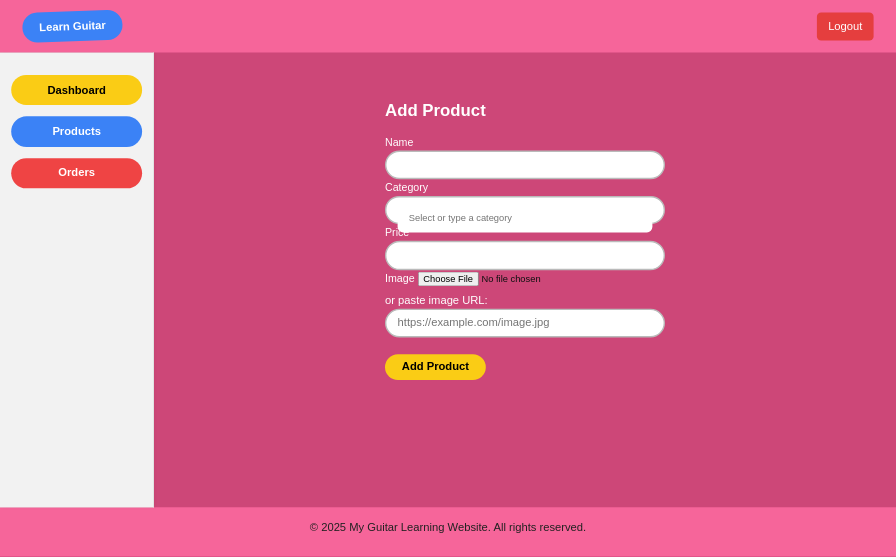
Repository: rywkoo/LearnGuitar
Page: templates/admin/addproduct.html
The author's editor kept a copy of each file at every save. The page is drawn from the files as they stood at one save, then again after the next save.
The browser window is 1280 px wide. The pictures show the part of the page from y = 0 to 1920 px (the page is 795 px tall before and 3492 px after), at 70% of full size.
The page is served by the project's application, run on Flask 3 (app.py). Other server files are loaded and not shown. The template is opened directly, without the code that normally fills it, so the values that code supplies are empty.

Above is the page before, as saved 2025-08-25 22:42:21.

### templates/admin/addproduct.html
{% extends "admin/admin_master.html" %}

{% block main_content %}


<style>
.custom-dropdown {
  position: relative;
  width: 100%;
  height: 40px;
}

.custom-dropdown input {
  width: 100%;
  height: 40px;
  padding: 1rem 1rem;
  border-radius: 8px;
  border: 1px solid #ccc;
}

.dropdown-list {
  position: absolute;
  top: 100%;
  left: 0;
  right: 0;
  background: #fff;
  max-height: 150px;
  overflow-y: auto;
  border: 1px solid #ccc;
  border-radius: 8px;
  display: none;
  margin-top: 2px;
  z-index: 10;
}

.dropdown-list li {
  padding: 0.5rem;
  cursor: pointer;
}

.dropdown-list li:hover {
  background: #f0f0f0;
}

.dropdown-list li.other {
  font-style: italic;
  color: #555;
}
</style>


<div style="width: 400px; margin: 2rem auto;">
    <h2 style="color: white; margin-bottom: 1rem;">Add Product</h2>

    <form id="addProductForm" method="POST" enctype="multipart/form-data">
        <!-- Name -->
        <div class="mb-3">
            <label style="color: white;">Name</label>
            <input class="input" type="text" name="name" required>
        </div>

        <!-- Category -->
        <div class="mb-3">
            <label style="color: white;">Category</label>
            <div class="custom-dropdown input">
                <input
                    type="text"
                    id="categoryInput"
                    name="category"
                    placeholder="Select or type a category"
                    autocomplete="off"
                    value="{{ product['category'] if product else '' }}"
                    required
                    style="
                        background-color: white;
                        color: black;
                        border: none;
                        outline: none;
                        box-shadow: none;
                    "
                >

                <ul class="dropdown-list" id="categoryList">
                    {% for cat in categories %}
                        <li>{{ cat }}</li>
                    {% endfor %}
                    <li class="other">Other...</li>
                </ul>
            </div>
        </div>


        <!-- Price -->
        <div class="mb-3">
            <label style="color: white;">Price</label>
            <input class="input" type="number" name="price" required>
        </div>

        <!-- Image -->
        <div class="mb-3">
            <label style="color: white;">Image</label>
            <input type="file" name="image_file" accept="image/*" style="margin-bottom: 0.5rem;">
            <br>
            <span style="color: white;">or paste image URL:</span>
            <input class="input" type="text" name="image_url" placeholder="https://example.com/image.jpg">
        </div>

        <!-- Submit -->
    </br>
        <button class="btn btn-primary" type="submit">Add Product</button>
    </form>
</div>

<!-- Success Modal -->
<div id="successModal" style="
    display: none;
    position: fixed;
    inset: 0;
    background: rgba(0,0,0,0.5);
    justify-content: center;
    align-items: center;
    z-index: 999;
">
    <div style="
        background: #fff;
        padding: 2rem;
        border-radius: 12px;
        text-align: center;
        width: 300px;
    ">
        <div style="font-size: 3rem; color: green;">✔️</div>
        <h3>New Product Added!</h3>
    </div>
</div>

<script>
const form = document.getElementById('addProductForm');
const modal = document.getElementById('successModal');

form.addEventListener('submit', function(event) {
    event.preventDefault(); // Prevent default form submission

    const formData = new FormData(form);

    fetch(form.action || window.location.href, {
        method: 'POST',
        body: formData
    })
    .then(res => {
        if (res.ok) {
            // Show modal
            modal.style.display = 'flex';

            // Redirect to product list after 1.5s
            setTimeout(() => {
                window.location.href = "{{ url_for('admin_products') }}";
            }, 1500);
        } else {
            res.text().then(txt => alert('Error adding product: ' + txt));
        }
    })
    .catch(err => {
        console.error(err);
        alert('Error adding product.');
    });
});
</script>

<script>
const input = document.getElementById('categoryInput');
const list = document.getElementById('categoryList');

input.addEventListener('focus', () => {
  list.style.display = 'block';
});

input.addEventListener('input', () => {
  const value = input.value.toLowerCase();
  Array.from(list.children).forEach(li => {
    li.style.display = li.textContent.toLowerCase().includes(value) ? 'block' : 'none';
  });
});

Array.from(list.children).forEach(li => {
  li.addEventListener('click', () => {
    if (li.classList.contains('other')) {
      input.value = '';
      input.focus();
    } else {
      input.value = li.textContent;
    }
    list.style.display = 'none';
  });
});

document.addEventListener('click', e => {
  if (!e.target.closest('.custom-dropdown')) {
    list.style.display = 'none';
  }
});
</script>
{% endblock %}

### templates/admin/admin_master.html
<!DOCTYPE html>
<html lang="en">
<head>
  <meta charset="UTF-8">
  <title>{% block title %}My Flask App{% endblock %}</title>
  {% include "css.html" %}
</head>
<body style="margin:0; font-family: sans-serif;">

  <!-- ===== Navbar ===== -->
  <nav style="padding: 1rem 2rem; display: flex; justify-content: space-between; align-items: center; background: #f6659a; color:white;">
    <a href="/" class="btn btn-secondary btn-lg" style="transform: rotate(-2deg);">Learn Guitar</a>
    <div class="nav-links" style="display: flex; gap:5px;">
      <a href="/logout" style="padding: 0.5rem 1rem; background: #e53e3e; color:white; border-radius: 6px; text-decoration:none;">Logout</a>
    </div>
  </nav>

  <!-- ===== Layout Wrapper ===== -->
  <div style="display: flex; min-height: calc(100vh - 70px);">

    <!-- ===== Sidebar ===== -->
    <aside style="
      width: 220px;
      background: #f2f2f2;
      padding: 2rem 1rem;
      border-right: 1px solid #ddd;
      box-shadow: 2px 0 6px rgba(0,0,0,0.05);
    ">
      <nav style="display: flex; flex-direction: column; gap: 1rem;">
        <a class="btn btn-primary" href="/admin" >Dashboard</a>
        <a class="btn btn-secondary" href="/admin/products" >Products</a>
        <a class="btn btn-danger" href="/admin/orders" >Orders</a>
      </nav>
    </aside>

    <!-- ===== Main Content ===== -->
    <main style="flex: 1; padding: 2rem;">
      {% block main_content %}
      <!-- Page content will go here -->
      {% endblock %}
    </main>

  </div>

  <!-- ===== Footer ===== -->
  <footer style="text-align: center; padding: 1rem 1rem; background: #f6659a; color:white; border-top: 1px solid #f6659a;">
    <p>&copy; 2025 My Guitar Learning Website. All rights reserved.</p>
  </footer>

  {% include "script.html" %}

  <script src="https://unpkg.com/vue@3/dist/vue.global.js"></script>
</body>
</html>

### templates/css.html
<!-- css.html -->
<link rel="stylesheet" href="{{ url_for('static', filename='css/btn.css') }}">
<link rel="stylesheet" href="{{ url_for('static', filename='css/card.css') }}">
<link rel="stylesheet" href="{{ url_for('static', filename='css/input.css') }}">
<link rel="stylesheet" href="{{ url_for('static', filename='css/typography.css') }}">
<link rel="stylesheet" href="{{ url_for('static', filename='css/style.css') }}">
<link rel="stylesheet" href="{{ url_for('static', filename='css/animation.css') }}">
<link rel="stylesheet" href="{{ url_for('static', filename='css/lesson.css') }}">
<link rel="stylesheet" href="{{ url_for('static', filename='css/shop.css') }}">

### templates/script.html
<script src="https://cdn.jsdelivr.net/npm/sweetalert2@11"></script>
<script>
  // ===== Background Slider =====
  (function() {
    const bgSlider = document.querySelector('.hero-left .hero-bg-slider');
    if (!bgSlider) return; // Exit if element doesn't exist

    const images = [
      'https://www.uk-anime.net/images/bocchimain.png',
      'https://www.cnet.com/a/img/resize/3b4b3e192a9d75bd060ba4debe8d13a14caef990/hub/2024/07/06/b6981ace-771d-4971-8a9e-60e8c83bc66e/bocchi-the-rock-photo-1.jpg?auto=webp&fit=crop&height=900&width=1200',
      'https://www.uk-anime.net/images/bocchimain.png',
      'https://www.cnet.com/a/img/resize/3b4b3e192a9d75bd060ba4debe8d13a14caef990/hub/2024/07/06/b6981ace-771d-4971-8a9e-60e8c83bc66e/bocchi-the-rock-photo-1.jpg?auto=webp&fit=crop&height=900&width=1200'
    ];

    let current = 0;

    function changeBackground() {
      bgSlider.style.backgroundImage = `url(${images[current]})`;
      current = (current + 1) % images.length;
    }

    changeBackground();
    setInterval(changeBackground, 5000);
  })();
</script>

<script>
  // ===== Quantity Adjust =====
  function adjustQty(delta) {
    const input = document.getElementById('quantityInput');
    if (!input) return; // Exit if element doesn't exist

    let value = parseInt(input.value);
    if (!isNaN(value)) {
      input.value = Math.max(1, value + delta);
    }
  }
</script>

### app.py
from flask import Flask, render_template, request, redirect, url_for, flash, session, jsonify
from flask_mail import Mail, Message
import json
import requests
from datetime import date
from dotenv import load_dotenv
import os
from reportlab.lib.pagesizes import letter
from reportlab.pdfgen import canvas

app = Flask(__name__)
app.secret_key = "741e4fa4-f067-4aec-b48d-deb18e9cca92"

import route

@app.route("/components")
def components():
    return render_template("component.html")

if __name__ == "__main__":
    app.run(debug=True)

### static/css/btn.css
.btn {
  display: inline-block;
  padding: 0.6rem 1.5rem;
  border-radius: 9999px;  /* fully rounded */
  border: none;
  cursor: pointer;
  font-weight: 600;
  text-decoration: none;
  transition: background 0.2s, box-shadow 0.2s;
  font-size: 1rem;

  /* Add shadow */
/* flat shadow downwards */
}

/* Optional: hover effect (slightly stronger shadow) */
.btn:hover {
  box-shadow: 0 3px 0 #45454576;
}

/* Primary: Yellow bg, black text */
.btn-primary {
  background: #facc15;
  color: #000;
}

/* Secondary: Blue bg, white text */
.btn-secondary {
  background: #3b82f6;
  color: #fff;
}

/* Danger: Red bg, white text */
.btn-danger {
  background: #ef4444;
  color: #fff;
}

### static/css/card.css
/* ===== Base Card Component ===== */
.card {
  border-radius: 16px;       /* rounded corners */
  padding: 1.5rem;
  margin-bottom: 1.5rem;
  transition: box-shadow 0.3s, transform 0.2s;
  color: #111;               /* default text color */
  box-shadow: 0 4px 0 #888888; /* default flat shadow */
}

.card:hover {
  transform: translateY(-2px);
  box-shadow: 0 6px 0 #888888; /* slightly longer shadow on hover */
}

/* ===== Card Variants ===== */

/* Primary - Pink */
.card-pink {
  background: #f6659a;       /* light pink */
  box-shadow: 0 4px 0 #d35c7f;
}
.card-pink:hover {
  box-shadow: 0 6px 0 #af4d6b;
}

/* Secondary - Yellow */
.card-yellow {
  background: #facc15;       /* yellow */
  box-shadow: 0 4px 0 #d4a90f;
}
.card-yellow:hover {
  box-shadow: 0 6px 0 #e0b01a;
}

/* Danger/Accent - Blue */
.card-blue {
  background: #3b82f6;       /* blue */
  color: #fff;               /* white text for contrast */
  box-shadow: 0 4px 0 #2563eb;
}
.card-blue:hover {
  box-shadow: 0 6px 0 #1d4ed8;
}

/* Card header */
.card h2 {
  font-size: 1.25rem;
  margin-bottom: 0.8rem;
}

/* Card paragraph/text */
.card p {
  font-size: 1rem;
}

### static/css/input.css
/* ===== Input Fields ===== */
* {
  margin: 0;
  padding: 0;
  box-sizing: border-box; /* ensures padding is included in width */
}


.input {
  width: 100%;
  padding: 0.6rem 1rem;
  border: 2px solid #bababa;   /* gray border matching shadow */
  border-radius: 9999px;       /* fully rounded, like buttons */
  background: #ffffff;         /* very light pink background */
  font-size: 1rem;
  outline: none;
  transition: border-color 0.2s, box-shadow 0.2s;
  color: #111;                 /* dark text */
}

### static/css/typography.css
/* ===== Global Text Settings ===== */
body {
  font-family: 'Segoe UI', Tahoma, Geneva, Verdana, sans-serif;
  color: #111;       /* dark text for readability */
  line-height: 1.5;
  background: #fffafc; /* subtle light background */
}

/* ===== Headings ===== */
h1 {
  font-size: 2rem;
  font-weight: 700;
  margin-bottom: 1rem;
  color: #111;
}

h2 {
  font-size: 1.5rem;
  font-weight: 600;
  margin-bottom: 0.8rem;
  color: #111;
}

h3 {
  font-size: 1.25rem;
  font-weight: 500;
  margin-bottom: 0.6rem;
  color: #111;
}

/* ===== Paragraphs ===== */
p {
  font-size: 1rem;
  margin-bottom: 0.8rem;
  color: #222;  /* slightly lighter than headings */
}

/* ===== Labels ===== */
label {
  font-size: 0.95rem;
  font-weight: 500;
  color: #111;
}

/* ===== Links ===== */
a {
  text-decoration: none;
  transition: color 0.2s;
}

a:hover {
  text-decoration: none;
}

/* ===== Small Text ===== */
small {
  font-size: 0.85rem;
  color: #ffffff;
}

/* ===== Button Text ===== */
.btn {
  font-family: inherit; /* use same font as body */
  font-weight: 600;
  font-size: 1rem;
  text-align: center;
}

### static/css/style.css
body {
    background-color: #cd4778;
}

### static/css/animation.css

/* Animate background position horizontally */
@keyframes slideBg {
  0% { background-position: 0% center; }
  25% { background-position: 100% center; }
  50% { background-position: 200% center; }
  75% { background-position: 300% center; }
  100% { background-position: 400% center; }
}

### static/css/lesson.css
/* ===== Lesson Cards ===== */
.lesson-card {
  display: flex;
  align-items: center;
  gap: 1rem;
  padding: 1rem 1.5rem;
  border-radius: 16px;
  box-shadow: 0 4px 0 #888888; /* flat shadow downward */
  background: #fff;
  transition: transform 0.2s, box-shadow 0.2s;
}

.lesson-card:hover {
  transform: translateY(-3px);
  box-shadow: 0 6px 0 #666666;
}

/* Lesson image on the left */
.lesson-image img {
  width: 100px;
  height: 100px;
  object-fit: cover;
  border-radius: 8px;
}

/* Title in the middle */
.lesson-title {
  flex: 1;
  font-size: 1.2rem;
  color: #111;
}

/* Button on the right */
.lesson-action .btn {
  padding: 0.5rem 1.2rem;
  font-size: 1rem;
}

/* Optional: responsive for small screens */
@media (max-width: 600px) {
  .lesson-card {
    flex-direction: column;
    align-items: flex-start;
  }
  .lesson-action {
    width: 100%;
    margin-top: 0.5rem;
  }
}

### static/css/shop.css
/* ===== Shop Container ===== */

.hidden-card {
    display: none !important;
}

.shop-container {
  display: flex;
  gap: 2rem;
  padding: 2rem;
  max-width: 1400px;    /* limit width */
  margin: 0 auto;       /* center horizontally */
  box-sizing: border-box;
}

/* ===== Shop Sidebar ===== */
.shop-sidebar {
  width: 400px;
  flex-shrink: 0;
  background: #f5f5f5;
  padding: 1.5rem;
  border-radius: 16px;
  box-shadow: 0 4px 0 #ccc;
  display: flex;
  flex-direction: column;
  gap: 1.5rem;
  position: sticky;
  top: 1rem;
  height: fit-content;
}

/* Sidebar headings */
.shop-sidebar h3 {
  font-size: 1.1rem;
  font-weight: 600;
  color: #111;
  margin-bottom: 0.5rem;
}

/* Inputs inside sidebar */
.shop-sidebar input[type="text"],
.shop-sidebar input[type="checkbox"] {
  margin-bottom: 0.5rem;
}

/* Checkbox labels */
.shop-sidebar label {
  display: flex;
  align-items: center;
  gap: 0.5rem;
  font-size: 0.9rem;
  color: #111;
  cursor: pointer;
}

/* Filter button */
.shop-sidebar .btn-filter {
  background: #3b82f6;
  color: #fff;
  padding: 0.6rem 1rem;
  border-radius: 12px;
  font-weight: 600;
  border: none;
  cursor: pointer;
  transition: background 0.2s, box-shadow 0.2s;
}
.shop-sidebar .btn-filter:hover {
  background: #2563eb;
  box-shadow: 0 3px 0 #666;
}

/* ===== Shop Products Grid ===== */
.shop-products {
  display: grid;
  grid-template-columns: repeat(auto-fill, minmax(250px, 1fr));
  gap: 1rem;
  flex: 1;
}

/* ===== Shop / Instrument Card ===== */
.shop-card {
  display: flex;
  flex-direction: column;
  align-items: center;
  gap: 0.5rem;
  padding: 1rem;
  border-radius: 16px;
  box-shadow: 0 4px 0 #888;
  background: #fff;
  transition: transform 0.2s, box-shadow 0.2s;
}
.shop-card:hover {
  transform: translateY(-3px);
  box-shadow: 0 6px 0 #666;
}

/* Category badge */
.shop-card .shop-category {
  padding: 0.2rem 0.6rem;
  border-radius: 12px;
  background-color: #facc15;
  color: #111;
  font-size: 0.8rem;
  font-weight: 600;
  text-transform: uppercase;
}

/* Instrument image */
.shop-card img {
  width: 100%;
  aspect-ratio: 1 / 1;
  object-fit: cover;
  border-radius: 12px;
}

/* Instrument title */
.shop-card .shop-title {
  font-size: 1.1rem;
  font-weight: 600;
  text-align: center;
  color: #111;
}

/* Price */
.shop-card .shop-price {
  font-size: 1rem;
  font-weight: 500;
  color: #444;
}

/* Add to Cart button */
.shop-card .btn-add {
  padding: 0.5rem 1rem;
  margin-top: 0.5rem;
  width: 100%;
  text-align: center;
  border-radius: 12px;
}

/* ===== Responsive adjustments ===== */
@media (max-width: 992px) {
  .shop-container {
    flex-direction: column;
  }

  .shop-sidebar {
    width: 100%;
    position: relative;
    top: auto;
    box-shadow: none;
    border-radius: 0;
    padding: 1rem 0;
  }

  .shop-products {
    grid-template-columns: repeat(auto-fill, minmax(200px, 1fr));
  }
}

After the next save:
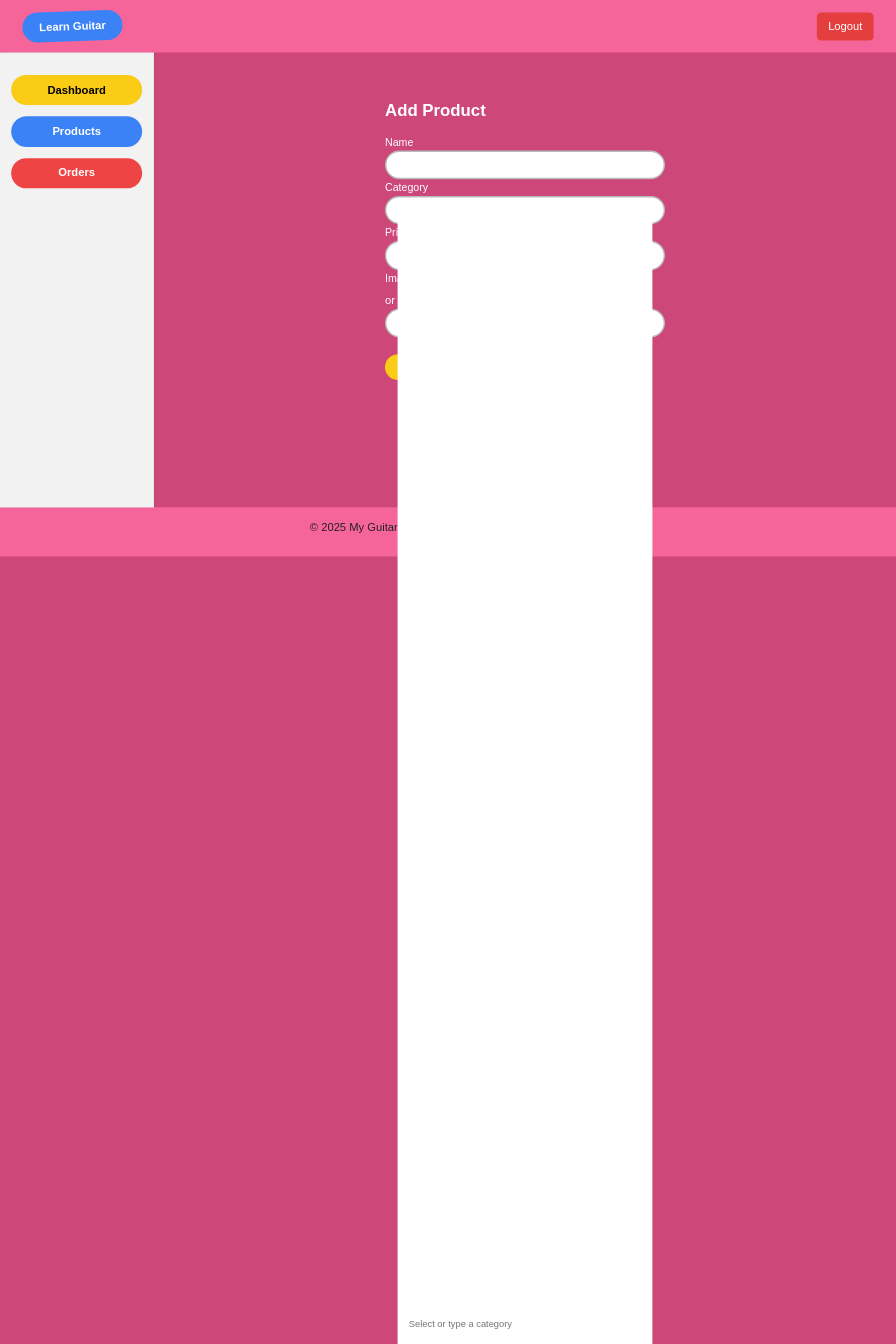
Saved 7 s later.
--- a/templates/admin/addproduct.html
+++ b/templates/admin/addproduct.html
@@ -13,7 +13,7 @@
 .custom-dropdown input {
   width: 100%;
   height: 40px;
-  padding: 1rem 1rem;
+  padding: 100rem 1rem;
   border-radius: 8px;
   border: 1px solid #ccc;
 }

After the save that followed:
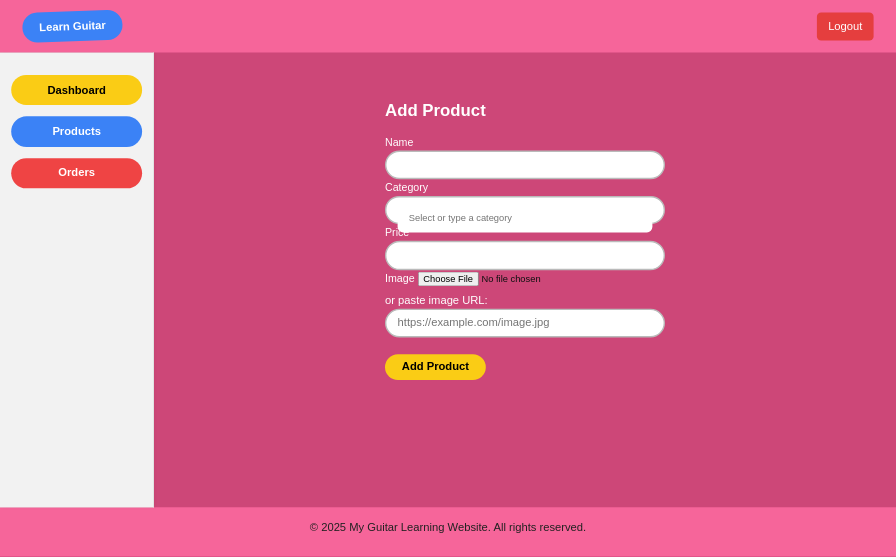
Saved 6 s later.
--- a/templates/admin/addproduct.html
+++ b/templates/admin/addproduct.html
@@ -13,7 +13,7 @@
 .custom-dropdown input {
   width: 100%;
   height: 40px;
-  padding: 100rem 1rem;
+  padding: 1rem 1rem;
   border-radius: 8px;
   border: 1px solid #ccc;
 }
